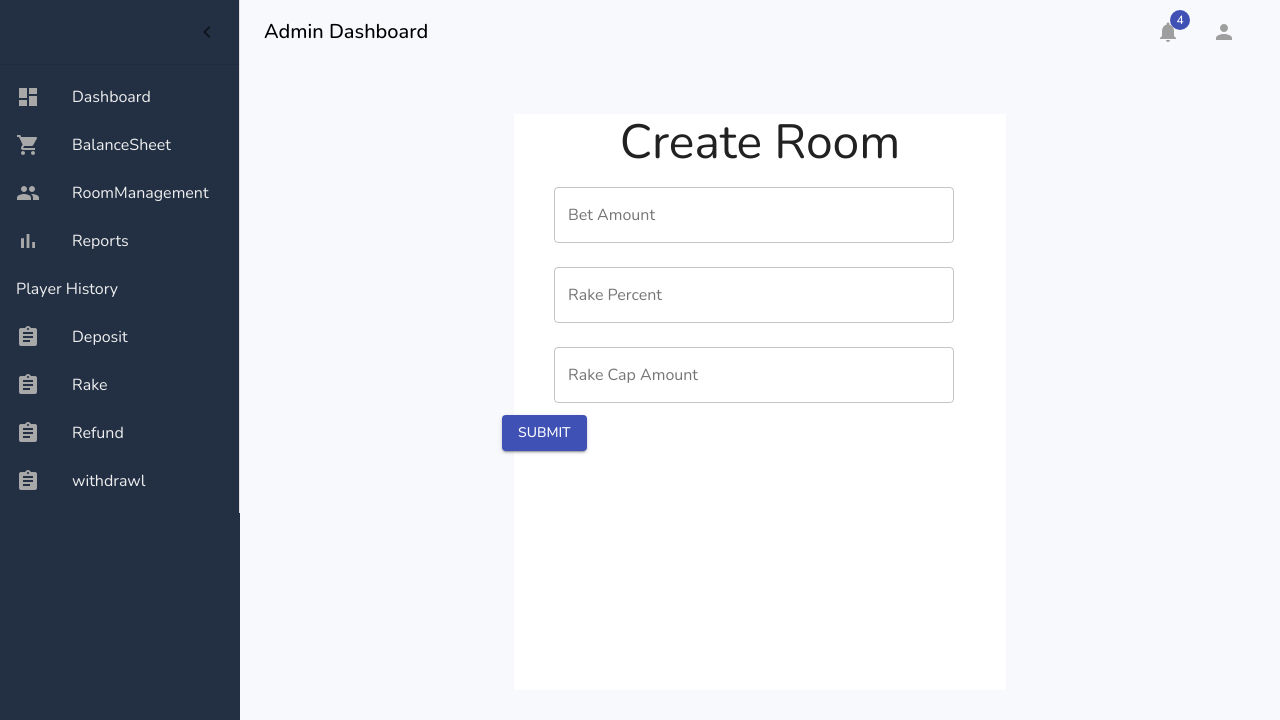
Repository: imayankbisht/ludofrontend
Page: /create
These files come from the project's save history. The page is drawn as it stood at one moment and after the next save; the edit follows.
The browser window is 1280 px wide. The pictures show the whole page.
The project was rebuilt for these pictures with package versions that can differ from the ones it lists, and the page was loaded fresh each time. Also part of the build but not shown: src/Components/Title.js, src/Components/Cards/Deposits.js, src/Components/Cards/Cashout.js, src/Components/Cards/Netbalance.js, src/Components/Cards/Rake.js, src/Components/Cards/Refund.js, src/Components/UserControl.js, src/Components/UserTable.js and 5 more.

Above is the page before, as saved 2021-01-20 13:10:21.

After the next save:
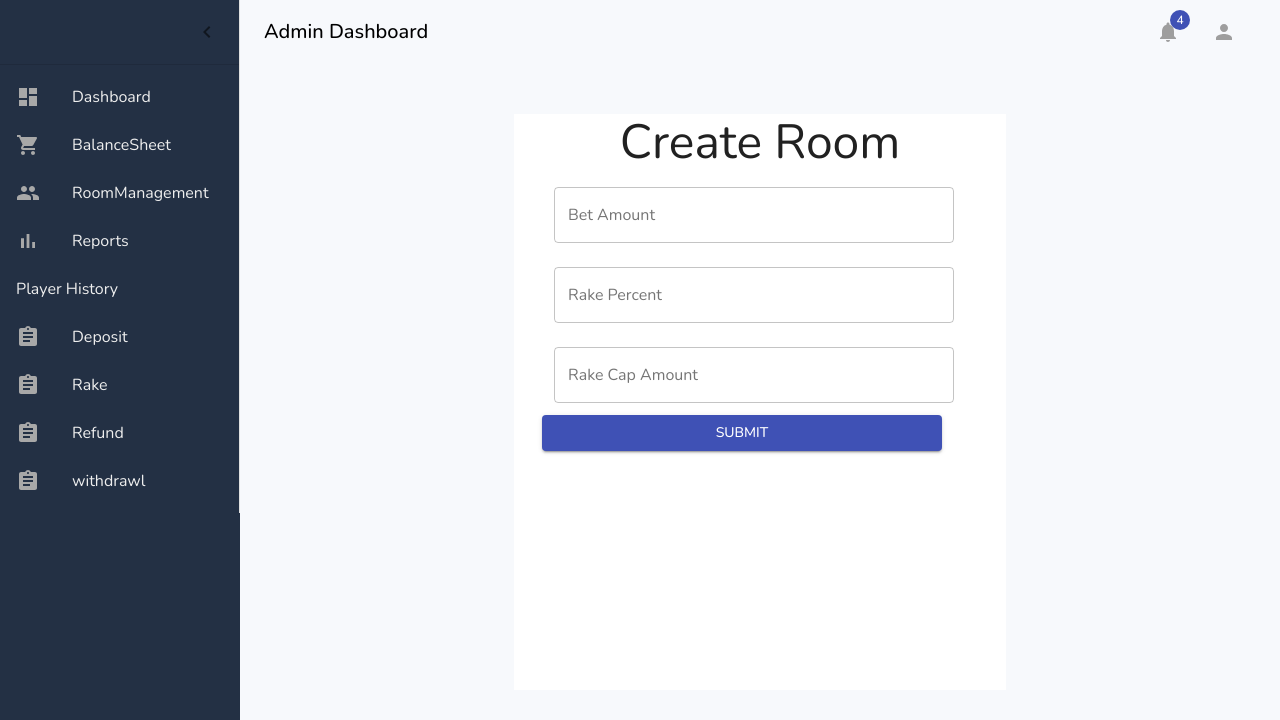
Saved 24 s later.
--- a/src/Components/UserForm.js
+++ b/src/Components/UserForm.js
@@ -101,7 +101,8 @@
                         onChange={(e)=>{setRakeCapAmount(e.target.value)}}
                       />
                    </Grid>
-                   <Button type="submit" variant="contained" color="primary">
+                   <Button type="submit" variant="contained"                         style={{width:'400px',marginLeft:'40px'}}
+ color="primary">
                    Submit
                 </Button>
                 </Grid>

After the save that followed:
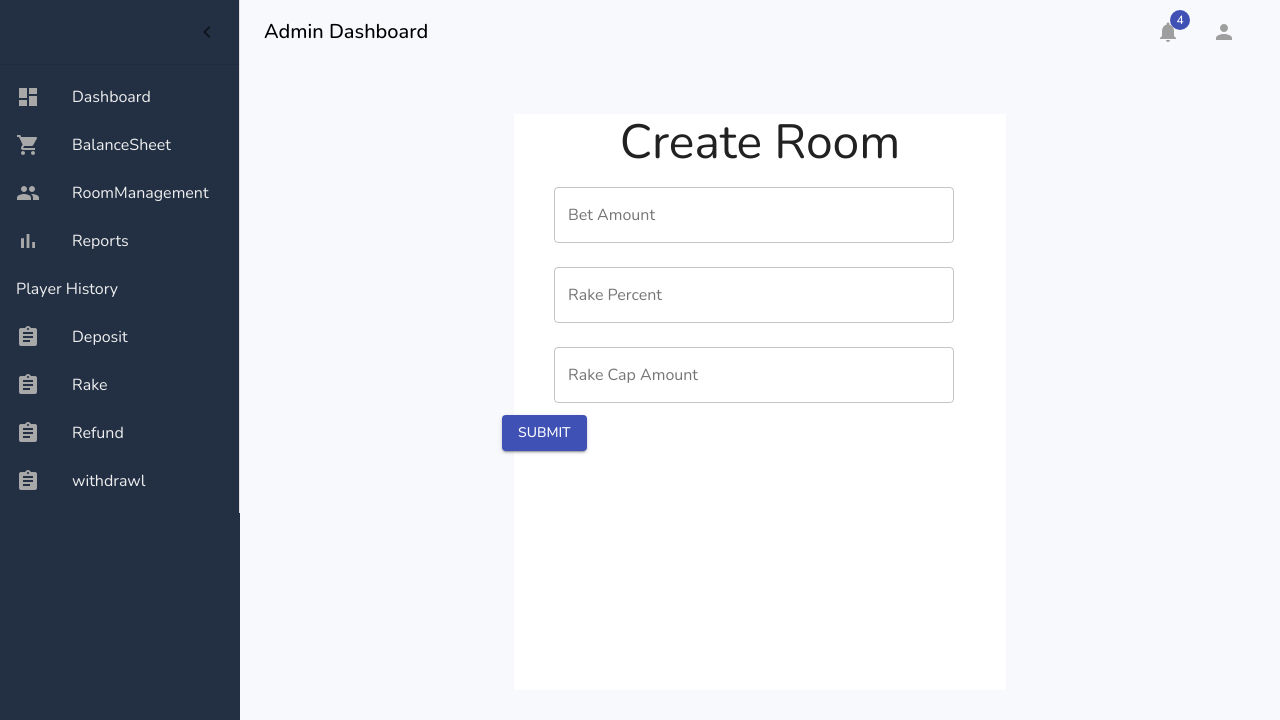
Saved 12 s later.
--- a/src/Components/UserForm.js
+++ b/src/Components/UserForm.js
@@ -101,8 +101,7 @@
                         onChange={(e)=>{setRakeCapAmount(e.target.value)}}
                       />
                    </Grid>
-                   <Button type="submit" variant="contained"                         style={{width:'400px',marginLeft:'40px'}}
- color="primary">
+                   <Button type="submit" variant="contained"  color="primary">
                    Submit
                 </Button>
                 </Grid>
